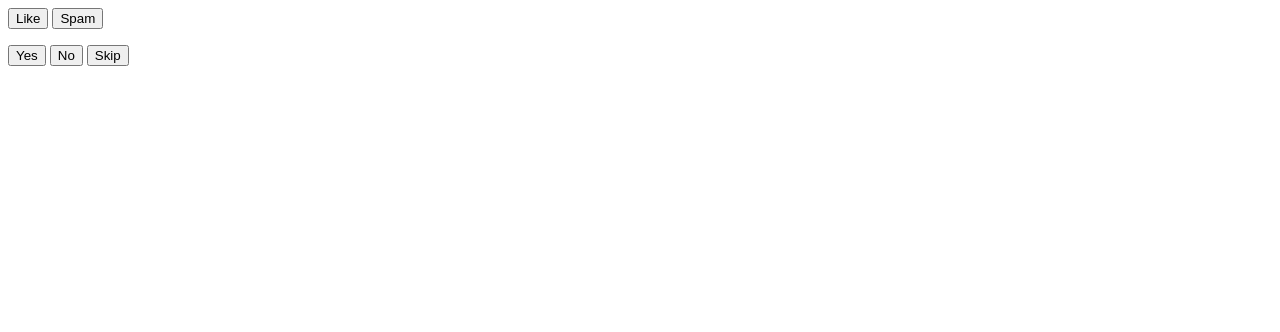
Repository: seantao97/publicProjects
Page: GuessTwoo/v8/Aptana Javascript/Trial/formatHTML.html
The author's editor kept a copy of each file at every save. The page is drawn from the files as they stood at one save, then again after the next save.
The browser window is 1280 px wide. The pictures show the whole page.

Above is the page before, as saved 2016-07-23 21:38:45.

After the next save:
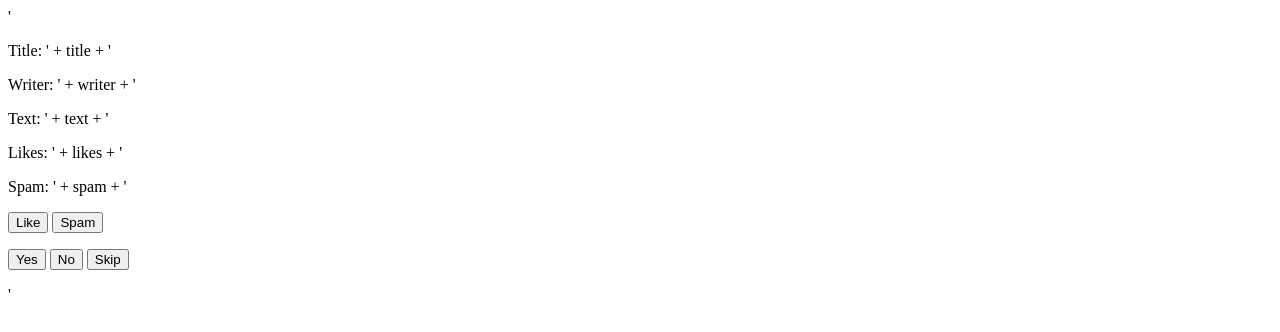
Saved 8 min 51 s later.
--- a/GuessTwoo/v8/Aptana Javascript/Trial/formatHTML.html
+++ b/GuessTwoo/v8/Aptana Javascript/Trial/formatHTML.html
@@ -1,18 +1,18 @@
-<div id="currentStoryGuessDiv">
+'<div id="currentStoryGuessDiv" value="' + storyID + '">
     <p>
-        <div name="storyTitle"></div>
+        <div name="storyTitle">Title: ' + title + '</div>
     </p>
     <p>
-        <div name="storyWriter"></div>
+        <div name="storyWriter">Writer: ' + writer + '</div>
     </p>
     <p>
-        <div name="storyText"></div>
+        <div name="storyText">Text: ' + text + '</div>
     </p>
     <p>
-        <div name="storyLikes"></div>
+        <div name="storyLikes">Likes: ' + likes + '</div>
     </p>
     <p>
-        <div name="storySpam"></div>
+        <div name="storySpam">Spam: ' + spam + '</div>
     </p>
     <p>
         <button class="likeButton" name="storyLikeButton" type="button">
@@ -33,4 +33,4 @@
             Skip
         </button>
     </p>
-</div>
+</div>'
